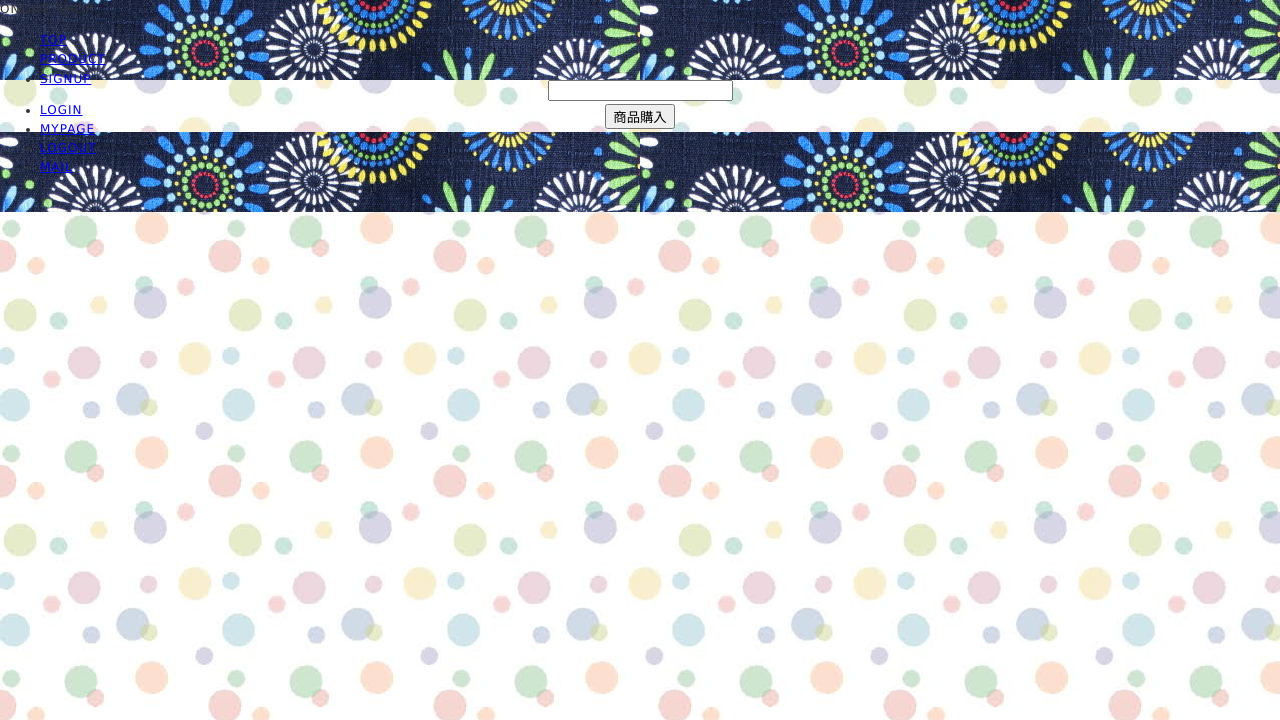
Repository: rt-1217/j2
Page: http://localhost/ecsite01/
An editor plug-in stored every save of this project. The page is shown before and after the next save, followed by the edit.
The browser window is 1280 px wide. The pictures show the whole page.
The page is served by Tomcat 9. Other server files are loaded and not shown.

Above is the page before, as saved 2018-05-29 07:10:27.

### ecsite01/WebContent/home.jsp
<%@ page language="java" contentType="text/html; charset=UTF-8"
    pageEncoding="UTF-8"%>
    <%@ taglib prefix="s" uri="/struts-tags" %>
<!DOCTYPE html PUBLIC "-//W3C//DTD HTML 4.01 Transitional//EN" "http://www.w3.org/TR/html4/loose.dtd">
<html>
<head>
<meta http-equiv="Content-Type" content="text/html; charset=UTF-8">
<meta http-equiv="Content-Style-Type" content="text/css" />
<meta http-equiv="Content-Script-Type" content="text/javascript" />
<meta http-equiv="imagetoolbar" content="no" />
<meta name="description" content="" />
<meta name="keywords" content="" />
<!-- CSSの読み込み -->
<link rel="stylesheet" type="text/css" href="./css/basis.css">
<link rel="stylesheet" type="text/css" href="./css/table.css">


<title>Home画面</title>



</head>
<body>

<div id="header">
<div class="header-logo">ONLINE SHOP</div>

<div class="top-menu">

<div class="left-list">
<ul class="top-li">
<li><a href='<s:url action="GoHomeAction"/>'>TOP</a></li>
<li><a href='<s:url action="ProductPageAction"/>'>PRODUCT</a></li>
<li><a href='<s:url action="UserCreateAction"/>'>SIGNUP</a></li>
</ul>
</div>

<div class="right-list">
<ul>
<li><a href='<s:url action="GoLoginAction"/>'>LOGIN</a></li>
<li><a href='<s:url action="MyPageAction"/>'>MYPAGE</a></li>
<li><a href='<s:url action="LogoutAction"/>'>LOGOUT</a></li>
<li><a href='<s:url action="InquiryAction"/>'>MAIL</a></li>
</ul>

</div>




</div>

</div>

<div id="main">
<!-- <div id="top"> -->
<!-- <p>Home</p> -->
<!-- </div> -->

<div id="text-center">
<s:form action="HomeAction">
<input id="submit_button"<s:submit value ="商品購入"/>
</s:form>

<s:if test="#session.id !=null">
<p>ログアウトする場合は
<a href ='<s:url action="LogoutAction" />'>こちら</a></p>
</s:if>

</div>


</div>

<div id="footer">

</div>


</body>
</html>

### ecsite01/WebContent/css/basis.css
@CHARSET "UTF-8";

/* ========TAG LAYOUT======== */
body {
margin:0;
padding:0;
line-height:1.6;
letter-spacing:1px;
font-family:Verdana, Helvetica, sans-serif;
font-size:12px;
color:#333;
background:#fff;
background-image:url("../image/tama.jpg");
background-attachment: fixed;
/* background-size:contain; */
/* background-repeat: no-repeat; */


}
table {
text-align:center;
margin:0 auto;
}


/* ========ID LAYOUT======== */
#top {
width:780px;
margin:30px auto;
border:2px solid #333;
}
#header {
width: 100%;
height: 80px;
/* background-color: black; */
background-image:url("../image/hanabi2.jpg");

}
#main {
width: 100%;
height: 100%;
text-align: center;
}
#footer {
width: 100%;
height: 80px;
background-color: black;
clear:both;
background-image:url("../image/hanabi2.jpg");
}


.red{
	color:red;
}
/*floatの解除*/
.clear{
	clear:both;
}

### ecsite01/WebContent/css/table.css
@CHARSET "UTF-8";

.item-table{
	text-align:center;

}


.dl-list{
	margin:0px;
	padding:0px;
	width:100%;
}

.dd-list{
	width:31%;
	display:inline-block;

	background-color: rgba(226, 255, 225, 0.2);
 	font-size: 12px;
 	float:left;
	margin:0;
	padding:15px 0px;
	margin-left:2%;
	margin-bottom:20px;
}
.dd-list:last-child {
	margin-right: 0;
}

.button{
	margin:0 auto;
	text-align:center;
	width:100px;
	height:100px;

}

After the next save:
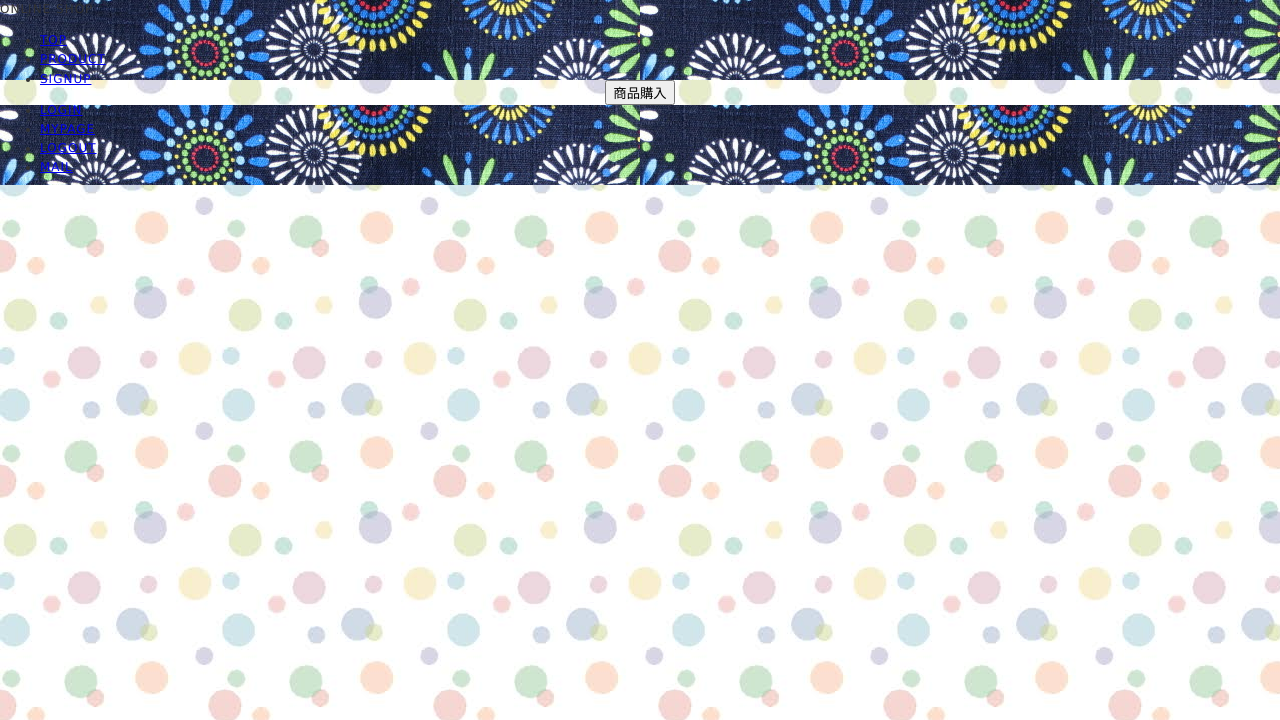
Saved 2 min 13 s later.
--- a/ecsite01/WebContent/home.jsp
+++ b/ecsite01/WebContent/home.jsp
@@ -59,7 +59,7 @@
 
 <div id="text-center">
 <s:form action="HomeAction">
-<input id="submit_button"<s:submit value ="商品購入"/>
+<input id="submit_button" type="submit" value ="商品購入">
 </s:form>
 
 <s:if test="#session.id !=null">
